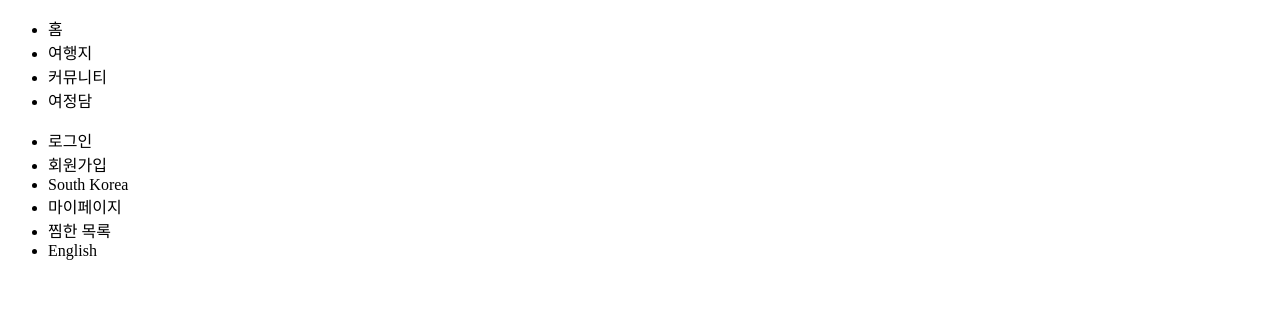
Repository: gaeunlee95/semi
Page: http://localhost/semi/main.jsp
These files come from the project's save history. The page is drawn as it stood at one moment and after the next save; the edit follows.
The browser window is 1280 px wide. The pictures show the whole page.
The page is served by Tomcat 9.

Above is the page before, as saved 2023-12-06 06:59:35.

### semi/src/main/webapp/main.jsp
<%@ page language="java" contentType="text/html; charset=UTF-8"
    pageEncoding="UTF-8"%>
<!DOCTYPE html>
<html>
<head>
<meta charset="EUC-KR">
<title>메인 페이지</title>
</head>
<body>
	<jsp:include page="header.jsp" />
</body>
</html>

### semi/src/main/webapp/header.jsp
<%@ page language="java" contentType="text/html; charset=UTF-8"
    pageEncoding="UTF-8"%>
<%@ taglib uri="http://java.sun.com/jsp/jstl/core" prefix="c" %>
<header>
	<nav>
		<ul id="topMenu">
			<li>홈</li>
			<li>여행지</li>
			<li>커뮤니티</li>
			<li>여정담</li>
		</ul>
		<ul id="sideMenu">
			<li>로그인</li>
			<li>회원가입</li>
			<li>South Korea</li>
			<li>마이페이지</li>
			<li>찜한 목록</li>
			<li>English</li> <!-- 스크롤로 언어(영어/한국) 선택 -->
		</ul>
	</nav>




  <%-- <nav>
  <c:choose>
    <c:when test="${empty sessionId}">
	    <ul id="topMenu">
	  	  <li><a href="/loginform.do">로그인</a></li>
	  	  <li><a href="/joinform.do">회원가입</a></li>
	  	  <li><a href="/boardlist.do">게시판</a></li>
	  	  <li><a href="/memberlist.do">회원목록</a></li>
	  	</ul>
    </c:when>
    <c:otherwise>
    	<ul id="topMenu">
	  	  <li><a href="/logout.do">(${sessionId}님)로그아웃</a></li>
	  	  <li><a href="/memberview.do?id=${sessionId}">나의 정보</a></li>
	  	  <li><a href="/boardlist.do">게시판</a></li>
	  	  <li><a href="/memberlist.do">회원 목록</a></li>
	  	</ul>
    </c:otherwise>
   </c:choose>
  </nav> --%>
</header>

After the next save:
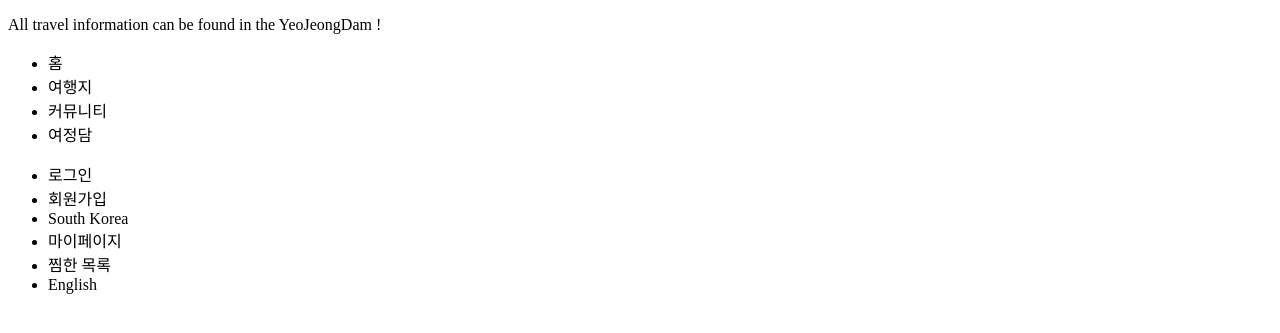
Saved 2 min 59 s later.
--- a/semi/src/main/webapp/header.jsp
+++ b/semi/src/main/webapp/header.jsp
@@ -2,6 +2,7 @@
     pageEncoding="UTF-8"%>
 <%@ taglib uri="http://java.sun.com/jsp/jstl/core" prefix="c" %>
 <header>
+	<p>All travel information can be found in the YeoJeongDam !</p>
 	<nav>
 		<ul id="topMenu">
 			<li>홈</li>
